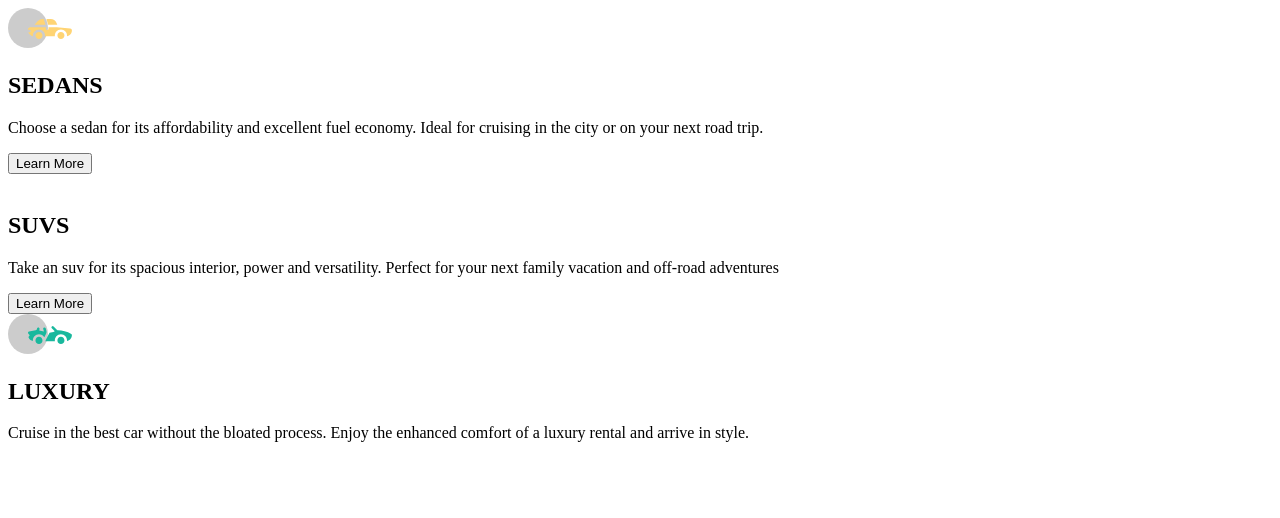
Repository: UnegbuAbigail/3-columns-cards
Page: index.html
The author's editor kept a copy of each file at every save. The page is drawn from the files as they stood at one save, then again after a run of saves.
The browser window is 1280 px wide. The pictures show the whole page.

Above is the page before, as saved 2024-08-03 12:21:47.

### index.html
<!DOCTYPE html>
<html lang="en">
<head>
    <meta charset="UTF-8">
    <meta name="viewport" content="width=device-width, initial-scale=1.0">
    <title>Document</title>
</head>
<body>
    <main>
        <section>
            <!-- card-1 -->
             <div>
                <img src="assets/icon-sedans.svg" alt="sedan-car-image">
                <h2>SEDANS</h2>
                <p>Choose a sedan for its affordability and excellent fuel economy. Ideal for cruising in the city or on your next road trip.</p>
                <button>Learn More</button>
             </div>

             <!-- card-2 -->
              <img src="" alt="">
             <div>
                <h2>SUVS</h2>
          <p>
            Take an suv for its spacious interior, power and versatility.
            Perfect for your next family vacation and off-road adventures
          </p>
          <button>Learn More</button>
             </div>

             <!-- card-3 -->
             <div>
                <img src="assets/icon-luxury.svg" alt="luxury-car-image">
                <h2>LUXURY</h2>
                <p>
                    Cruise in the best car without the bloated process. Enjoy the enhanced comfort of a luxury rental and arrive in style.
                </p>
               </div>
        </section>
    </main>
</body>
</html>

After the next 5 saves:
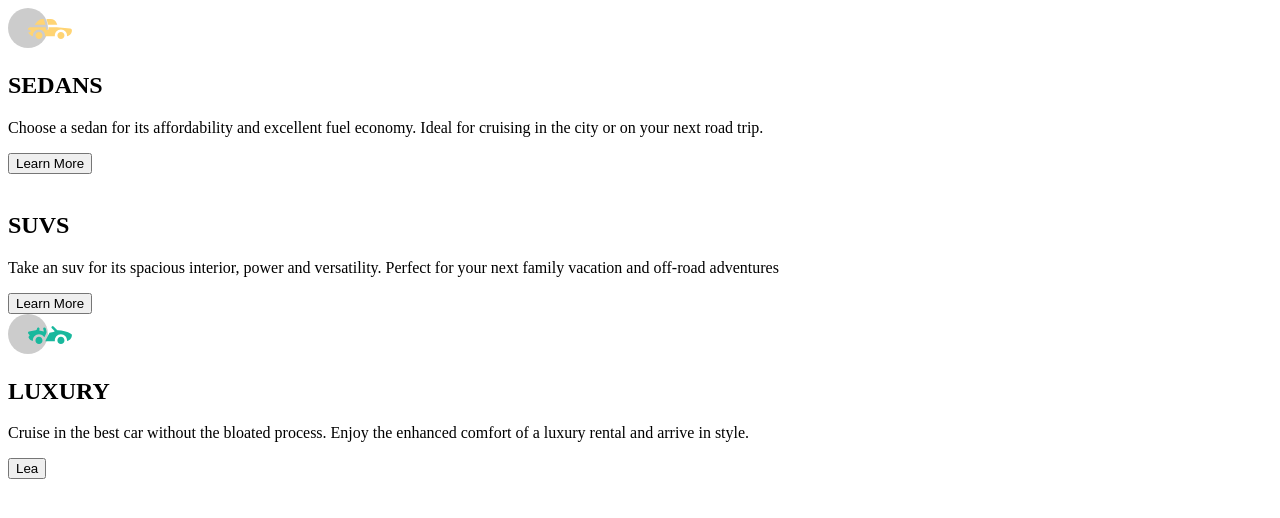
The 5 saves are shown as one change because they came seconds apart.
The last was saved 31 s later.
--- a/index.html
+++ b/index.html
@@ -34,6 +34,7 @@
                 <p>
                     Cruise in the best car without the bloated process. Enjoy the enhanced comfort of a luxury rental and arrive in style.
                 </p>
+                <button>Lea</button>
                </div>
         </section>
     </main>
